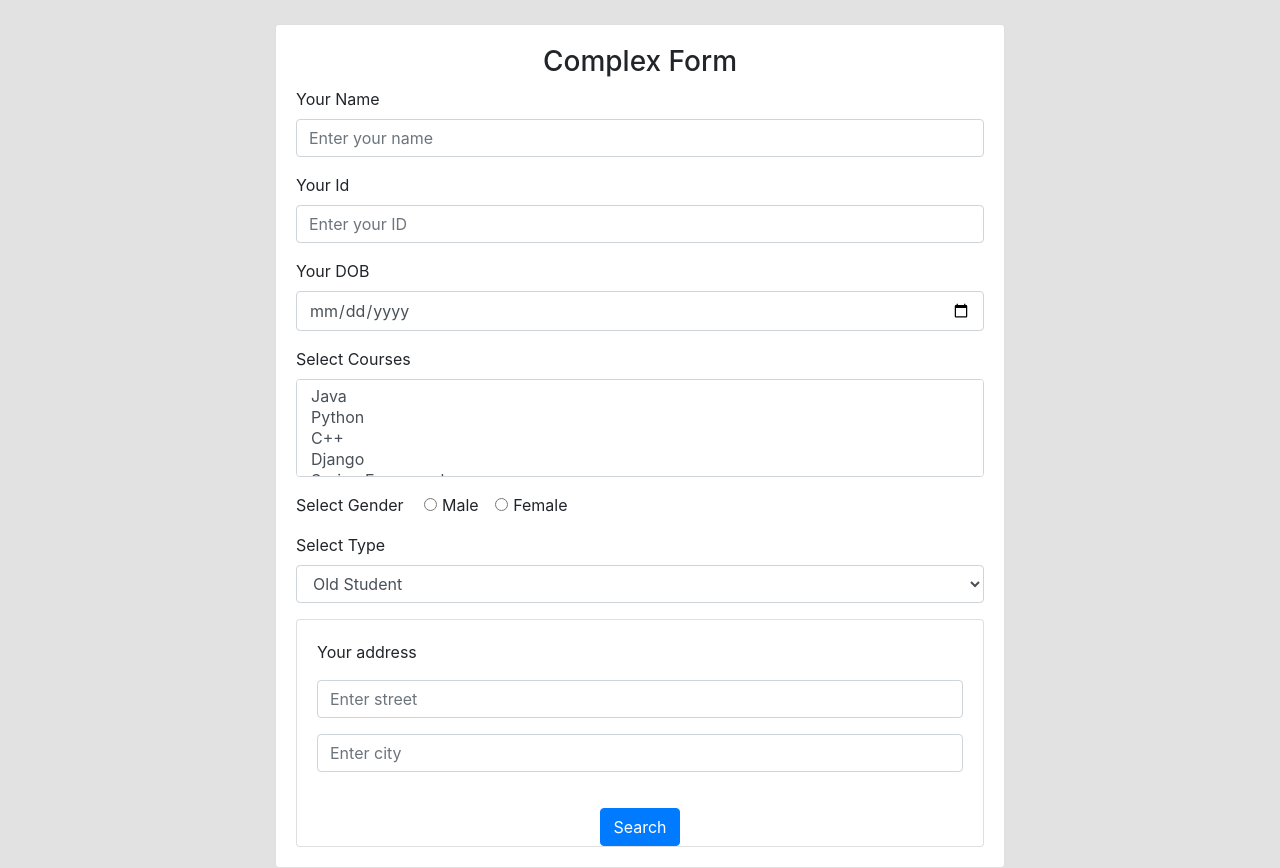
Repository: GovindParve/spring_mvc_maven_search_project
Page: http://localhost/springmvcsearch/complex
These files come from the project's save history. The page is drawn as it stood at one moment and after the next save; the edit follows.
The browser window is 1280 px wide. The pictures show the whole page.
Some web libraries are served in a nearby version. The page is served by Tomcat 9. Other server files are loaded and not shown.

Above is the page before, as saved 2023-06-18 11:02:54.

### springmvcsearch/src/main/webapp/WEB-INF/spring-servlet.xml
<?xml version="1.0" encoding="UTF-8"?>

<!-- Configuration file -->

<beans xmlns="http://www.springframework.org/schema/beans"
	xmlns:xsi="http://www.w3.org/2001/XMLSchema-instance"
	xmlns:context="http://www.springframework.org/schema/context"
	xmlns:p="http://www.springframework.org/schema/p"
	xmlns:tx="http://www.springframework.org/schema/tx"
    xsi:schemaLocation="
        http://www.springframework.org/schema/beans
        http://www.springframework.org/schema/beans/spring-beans.xsd
        http://www.springframework.org/schema/context
        http://www.springframework.org/schema/context/spring-context.xsd
        http://www.springframework.org/schema/tx
        http://www.springframework.org/schema/tx/spring-tx.xsd
        ">


	<context:component-scan base-package="springmvcsearch"></context:component-scan>


	<bean
		 class="org.springframework.web.servlet.view.InternalResourceViewResolver"
		 name="viewResolver">
		<property name="prefix" value="/WEB-INF/views/" />
		<property name="suffix" value=".jsp" />

	</bean>



</beans>

### springmvcsearch/src/main/webapp/WEB-INF/views/complex_form.jsp
<%@ taglib prefix="form" uri="http://www.springframework.org/tags/form" %>
<!doctype html>
<html lang="en">
  <head>
    <!-- Required meta tags -->
    <meta charset="utf-8">
    <meta name="viewport" content="width=device-width, initial-scale=1, shrink-to-fit=no">

    <!-- Bootstrap CSS -->
    <link rel="stylesheet"
    	 href="https://cdn.jsdelivr.net/npm/bootstrap@4.0.0/dist/css/bootstrap.min.css"
    	 integrity="sha384-Gn5384xqQ1aoWXA+058RXPxPg6fy4IWvTNh0E263XmFcJlSAwiGgFAW/dAiS6JXm"
    	 crossorigin="anonymous">

    <title>Hello, world!</title>
  </head>
  <body class="" style="background: #e2e2e2;">
    <div class="container mt-4">
    	<div class="row">
    		<div class="col-md-8 offset-md-2">
    			<div class="card">
    				<div class="card-body">
    					<h3 class="text-center">Complex Form</h3>
    					<form action="handleform" method="post">
    						<div class="form-group">
    							<label for="name">Your Name</label>
    							<input type="text" id="name" name="name" placeholder="Enter your name" class="form-control" />
    						</div>
    						<div class="form-group">
    							<label for="id">Your Id</label>
    							<input type="text" id="id" name="id" placeholder="Enter your ID" class="form-control" />
    						</div>
    						<div class="form-group">
    							<label for="dob">Your DOB</label>
    							<input type="date" id="dob" name="dob" placeholder="dd/mm/yyyy" class="form-control" />
    						</div>
    						<div class="form-group">
    							<label for="selectCourses">Select Courses</label>
    							<select id="courses" name="courses" class="form-control" multiple="multiple">
    								<option>Java</option>
    								<option>Python</option>
    								<option>C++</option>
    								<option>Django</option>
    								<option>Spring Framework</option>
    							</select>
    						</div>
    						<div class="form-group">
    							<span class="mr-3">Select Gender</span>
    							<div class="form-check form-check-inline">
    								<input class="form-check-input" type="radio" id="inlineRadio1" name="gender" value="male">
    								<label class="form-check-label" for="inlineRadio1">Male</label>
    							</div>
    							<div class="form-check form-check-inline">
    								<input class="form-check-input" type="radio" id="inlineRadio2" name="gender" value="female">
    								<label class="form-check-label" for="inlineRadio2">Female</label>
    							</div>
    						</div>
    						<div class="form-group">
    							<label for="">Select Type</label>
    							<select id="type" name="type" class="form-control">
    								<option value="oldstudent">Old Student</option>
    								<option value="normalstudent">Normal Student</option>
    							</select>
    						</div>
    						<div class="card">
    							<div class="card-body">
    							<p>Your address</p>
    							<div class="form-group">
    								<input type="text" id="street" name="address.street" placeholder="Enter street" class="form-control" />
    							</div>
    							<div class="form-group">
    								<input type="text" id="city" name="address.city" placeholder="Enter city" class="form-control" />
    							</div>
    						</div>
    						<div class="container text-center">
    							<button type="submit" class="btn btn-primary">Search</button>
    						</div>
    					</form>
    				</div>
    			</div>
    		</div>
    	</div>
    </div>

    <!-- Optional JavaScript -->
    <!-- jQuery first, then Popper.js, then Bootstrap JS -->
    <script src="https://code.jquery.com/jquery-3.2.1.slim.min.js" integrity="sha384-KJ3o2DKtIkvYIK3UENzmM7KCkRr/rE9/Qpg6aAZGJwFDMVNA/GpGFF93hXpG5KkN" crossorigin="anonymous"></script>
    <script src="https://cdn.jsdelivr.net/npm/popper.js@1.12.9/dist/umd/popper.min.js" integrity="sha384-ApNbgh9B+Y1QKtv3Rn7W3mgPxhU9K/ScQsAP7hUibX39j7fakFPskvXusvfa0b4Q" crossorigin="anonymous"></script>
    <script src="https://cdn.jsdelivr.net/npm/bootstrap@4.0.0/dist/js/bootstrap.min.js" integrity="sha384-JZR6Spejh4U02d8jOt6vLEHfe/JQGiRRSQQxSfFWpi1MquVdAyjUar5+76PVCmYl" crossorigin="anonymous"></script>
  </body>
</html>

### springmvcsearch/src/main/java/springmvcsearch/FormControler.java
package springmvcsearch;

import org.springframework.stereotype.Controller;
import org.springframework.ui.Model;
import org.springframework.validation.BindingResult;
import org.springframework.web.bind.annotation.ModelAttribute;
import org.springframework.web.bind.annotation.RequestMapping;
import org.springframework.web.bind.annotation.RequestMethod;
import org.springframework.web.bind.annotation.RequestParam;

@Controller
public class FormControler {

	@RequestMapping("/complex")
	public String showForm() {
		return "complex_form";
	}


	@RequestMapping(path="/handleform", method = RequestMethod.POST)
	public String formHandler(@ModelAttribute("student") Student student, BindingResult result) {

		if(result.hasErrors()) {
			return "complex_form";
		}

		System.out.println(student);
		return "success";
	}



}

### springmvcsearch/src/main/java/springmvcsearch/SearchController.java
package springmvcsearch;

import org.springframework.stereotype.Controller;
import org.springframework.web.bind.annotation.RequestMapping;
import org.springframework.web.bind.annotation.RequestParam;
import org.springframework.web.servlet.view.RedirectView;

@Controller
public class SearchController {


	@RequestMapping("/home")
	public String home()
	{
		System.out.println("going to home");
		return "home";
	}


	@RequestMapping("/search")
	public RedirectView search(@RequestParam("querybox") String query) {


		RedirectView redirectView = new RedirectView();

		if(query.isEmpty()) {
			System.out.println("Query is empty");
			redirectView.setUrl("home");
			return redirectView;
		}

		String url = "https://www.google.com/search?q="+query;


		redirectView.setUrl(url);

		return redirectView;

	}

}

### springmvcsearch/src/main/java/springmvcsearch/Student.java
package springmvcsearch;

import java.util.Date;
import java.util.List;

import org.springframework.format.annotation.DateTimeFormat;

public class Student {

	private String name;
	private Long id;
	@DateTimeFormat(pattern="dd/MM/yyy")
	private Date dob;
	private List<String> courses;
	private String gender;
	private String type;
	private Address address;
	public String getName() {
		return name;
	}
	public void setName(String name) {
		this.name = name;
	}
	public Long getId() {
		return id;
	}
	public void setId(Long id) {
		this.id = id;
	}
	public Date getDob() {
		return dob;
	}
	public void setDob(Date dob) {
		this.dob = dob;
	}
	public List<String> getCourses() {
		return courses;
	}
	public void setCourses(List<String> courses) {
		this.courses = courses;
	}
	public String getGender() {
		return gender;
	}
	public void setGender(String gender) {
		this.gender = gender;
	}
	public String getType() {
		return type;
	}
	public void setType(String type) {
		this.type = type;
	}
	public Address getAddress() {
		return address;
	}
	public void setAddress(Address address) {
		this.address = address;
	}
	@Override
	public String toString() {
		return "Student [name=" + name + ", id=" + id + ", dob=" + dob + ", courses=" + courses + ", gender=" + gender
				+ ", type=" + type + ", address=" + address + "]";
	}

}

After the next save:
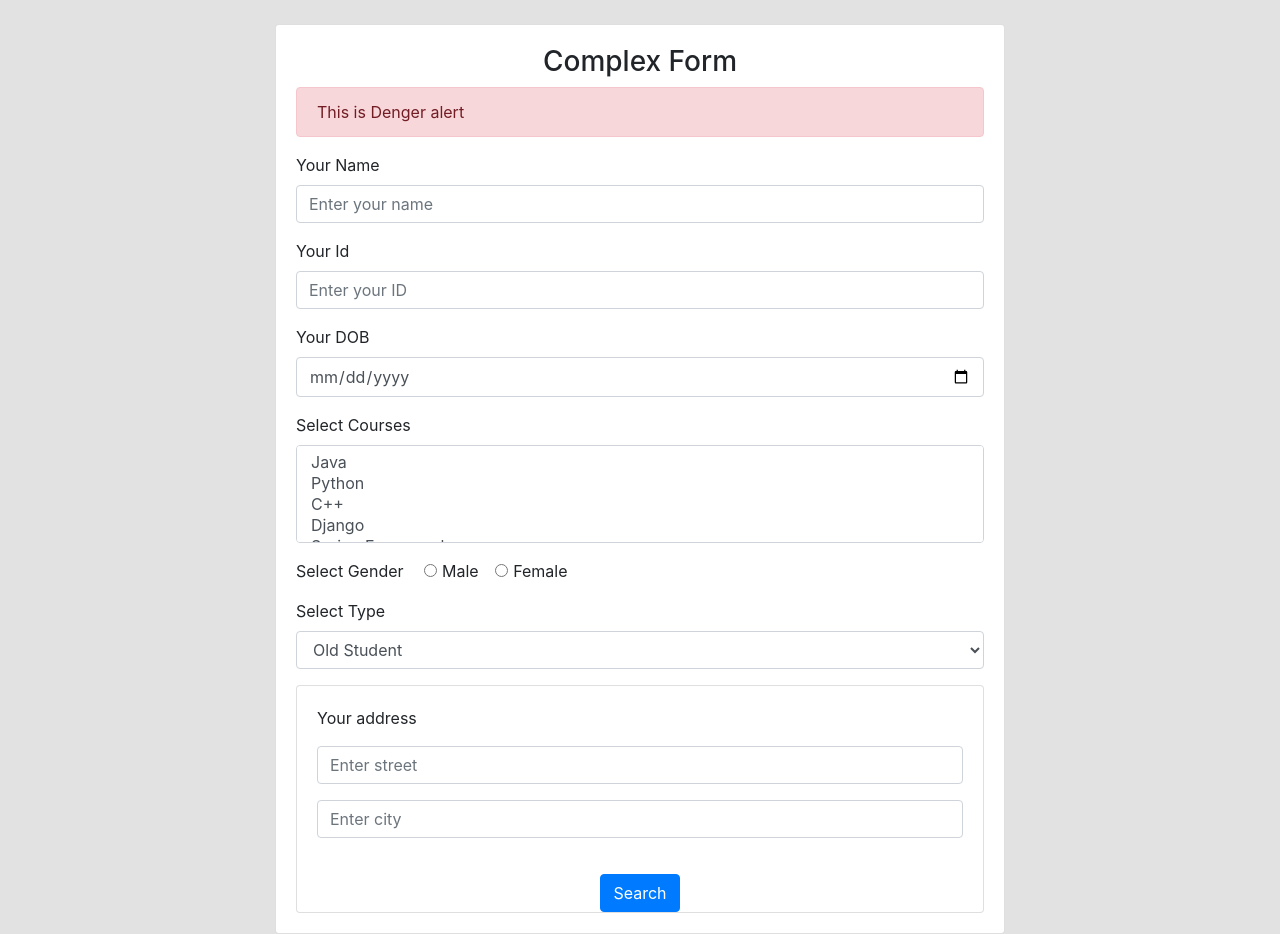
Saved 3 min 13 s later.
--- a/springmvcsearch/src/main/webapp/WEB-INF/views/complex_form.jsp
+++ b/springmvcsearch/src/main/webapp/WEB-INF/views/complex_form.jsp
@@ -21,6 +21,8 @@
     			<div class="card">
     				<div class="card-body">
     					<h3 class="text-center">Complex Form</h3>
+    					<div class="alert alert-danger" role="alert">
+    					This is Denger alert</div>
     					<form action="handleform" method="post">
     						<div class="form-group">
     							<label for="name">Your Name</label>
